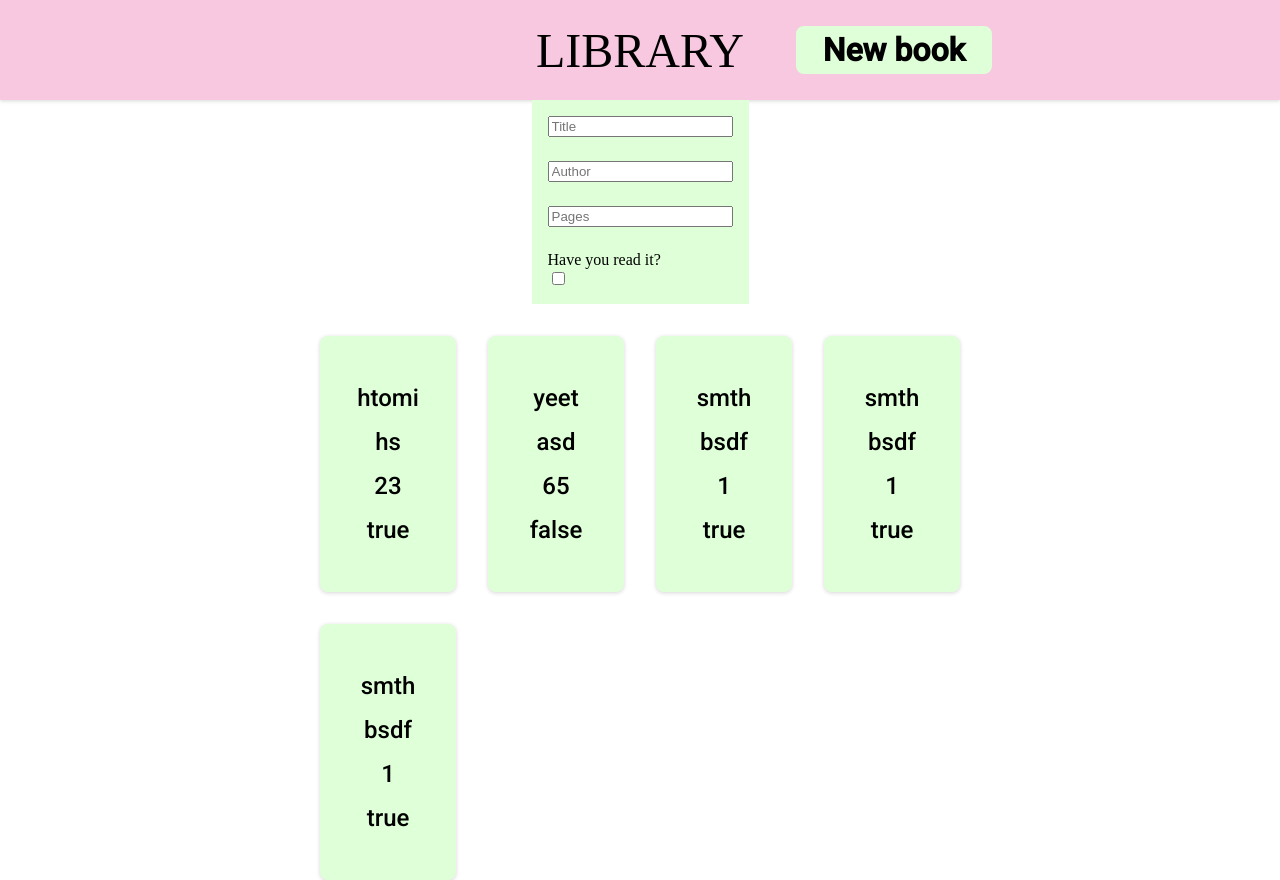
Repository: yeetzpxoci/library
Page: index.html
These files come from the project's save history. The page is drawn as it stood at one moment and after the next save; the edit follows.
The browser window is 1280 px wide. The pictures show the whole page.
Some web fonts or font styles are not loaded; a fallback is used.

Above is the page before, as saved 2023-02-21 15:58:14.

### index.html
<!DOCTYPE html>
<html lang="en">
<head>
    <meta charset="UTF-8">
    <meta http-equiv="X-UA-Compatible" content="IE=edge">
    <meta name="viewport" content="width=device-width, initial-scale=1.0">
    <title>Library</title>
    <link rel="stylesheet" href="styles.css">
    <link rel="preconnect" href="https://fonts.googleapis.com">
    <link rel="preconnect" href="https://fonts.gstatic.com" crossorigin>
    <link href="https://fonts.googleapis.com/css2?family=Roboto:wght@500&display=swap" rel="stylesheet">
    <link href="https://fonts.googleapis.com/css2?family=Gloock&display=swap" rel="stylesheet">
</head>
<body>
    <div class="header">
        <p></p>
        <p>LIBRARY</p>
        <button onclick="openForm()" id="newBook">New book</button>
    </div>

    <form id="input-form">
            <input type="text" name="title" id="title" placeholder="Title">
            <input type="text" name="author" id="author" placeholder="Author">
            <input type="number" name="pages" id="pages" placeholder="Pages">
            <div>
                <label for="read">Have you read it?</label>
                <input type="checkbox" name="read" id="read">
            </div>
    </form>

    <div id="cards">

    </div>
<script src="script.js"></script>
</body>
</html>

### styles.css
html, body {
    margin: 0;
    padding: 0;
}

body {
    display: flex;
    flex-direction: column;
    align-items: center;
    min-height: 100vh;
    background-color: white;
}

.header {
    display: flex;
    align-items: center;
    justify-content: center;
    width: 100%;
    height: 100px;
    background-color: #F7C8E0;
    box-shadow: rgba(0, 0, 0, 0.16) 0px 1px 4px;
}

.header p {
    font-family: 'Gloock', serif;
    font-size: 48px;
}

#newBook {
    position: absolute;
    right: 288px;
    font-size: 32px;
    font-family: 'Roboto', sans-serif;
    font-weight: bold;
    background-color: #DFFFD8;
    height: 48px;
    width:196px;
    border-radius: 8px;
    border-width: 0px;
}

#cards {
    display: grid;
    width: 50%;
    grid-template-columns: 1fr 1fr 1fr 1fr;
    gap: 32px;
    margin-top: 32px;
}

.card {
    width: 100%;
    height: 256px;
    background-color: #DFFFD8;
    font-size: 24px;
    font-family: 'Roboto', sans-serif;
    border-radius: 8px;
    border-width: 0px;
    align-self: center;
    justify-self: center;
    box-shadow: rgba(0, 0, 0, 0.16) 0px 1px 4px;
    display: flex;
    flex-direction: column;
    align-items: center;
    justify-content: center;
    gap: 16px;
}

.card p {
    margin: 0px;
}

input, label {
    display: block;
}

#input-form {
    display: flex;
    flex-direction: column;
    gap: 24px;
    background-color: #DFFFD8;
    padding: 16px;
}

### script.js
const title = document.getElementById("title").value
const author = document.getElementById("author").value
const pages = document.getElementById("pages").value
const read = document.getElementById("read").checked
const cards = document.getElementById("cards")

let myLibrary = [];

function Book(title, author, pages, read) {
    this.title = title;
    this.author = author;
    this.pages = pages;
    this.read = read;
    this.info = function () {
        return title + " by " + author + ", " + String(pages) + " pages, not read yet"
    }
}

function addBookToLibrary() {
    let book = new Book(title, author, pages, read);
    myLibrary.push(book);
    console.log(myLibrary.length)
}

function addBookInfo(div, book) {
    const newTitle = document.createElement("p");
    newTitle.innerHTML = book.title;
    const newAuthor = document.createElement("p");
    newAuthor.innerHTML = book.author;
    const newPages = document.createElement("p");
    newPages.innerHTML = book.pages;
    const newRead = document.createElement("p");
    newRead.innerHTML = book.read;
    div.appendChild(newTitle);
    div.appendChild(newAuthor);
    div.appendChild(newPages);
    div.appendChild(newRead);
}

function displayBooks() {
    for (let i = 0; i < myLibrary.length; i++) {
        const newDiv = document.createElement("div");
        newDiv.setAttribute("class", "card");
        addBookInfo(newDiv, myLibrary[i]);
        cards.appendChild(newDiv);
    }
}

function openForm() {
    document.getElementById("input-form").style.display = "block"
}

let book1 = new Book("htomi" , "hs", 23, true);
let book2 = new Book("yeet", "asd", 65, false);
let book3 = new Book("smth", "bsdf", 1, true);
let book4 = new Book("smth", "bsdf", 1, true);
let book5 = new Book("smth", "bsdf", 1, true);
myLibrary.push(book1, book2, book3, book4, book5);
displayBooks();

After the next save:
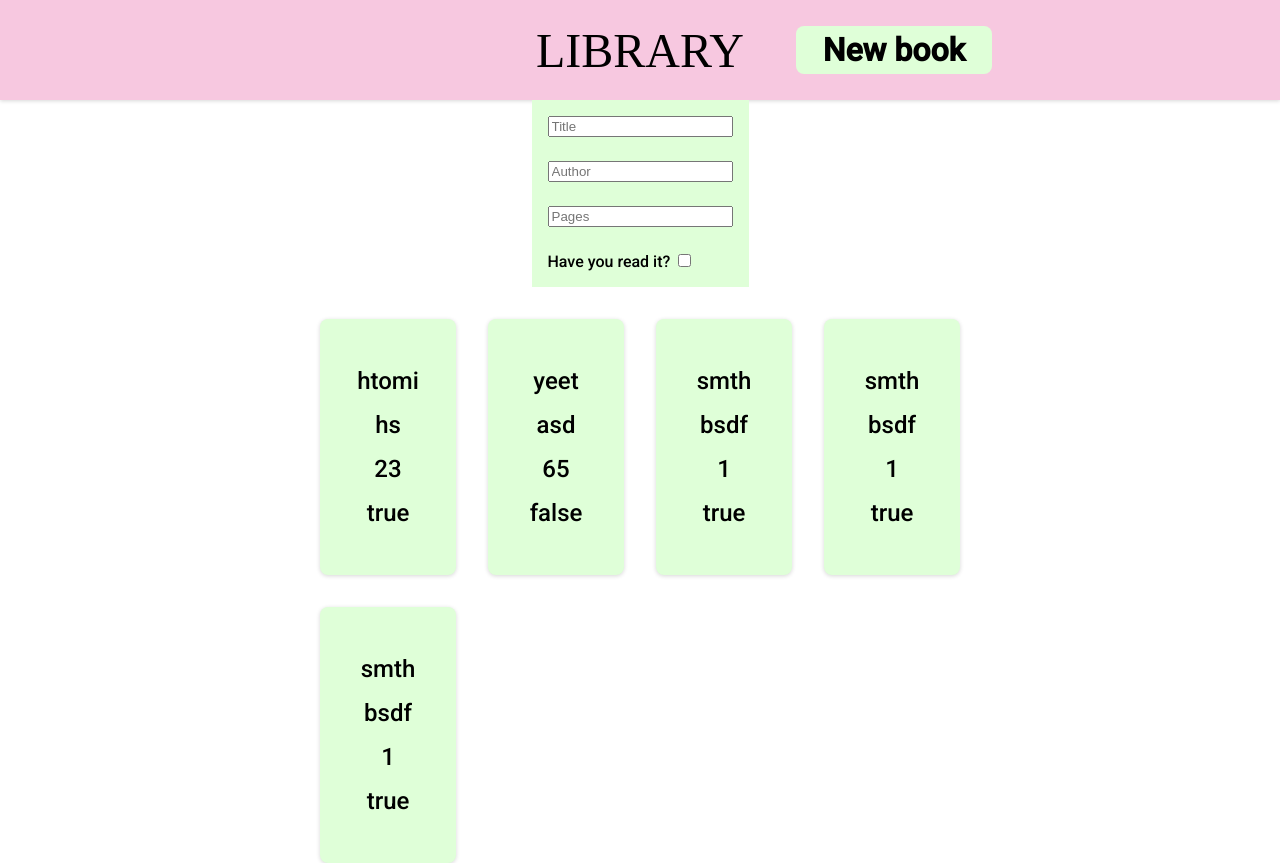
Saved 21 s later.
--- a/styles.css
+++ b/styles.css
@@ -9,6 +9,7 @@ body {
     align-items: center;
     min-height: 100vh;
     background-color: white;
+    font-family: 'Roboto', sans-serif;
 }
 
 .header {
@@ -69,9 +70,6 @@ body {
     margin: 0px;
 }
 
-input, label {
-    display: block;
-}
 
 #input-form {
     display: flex;
